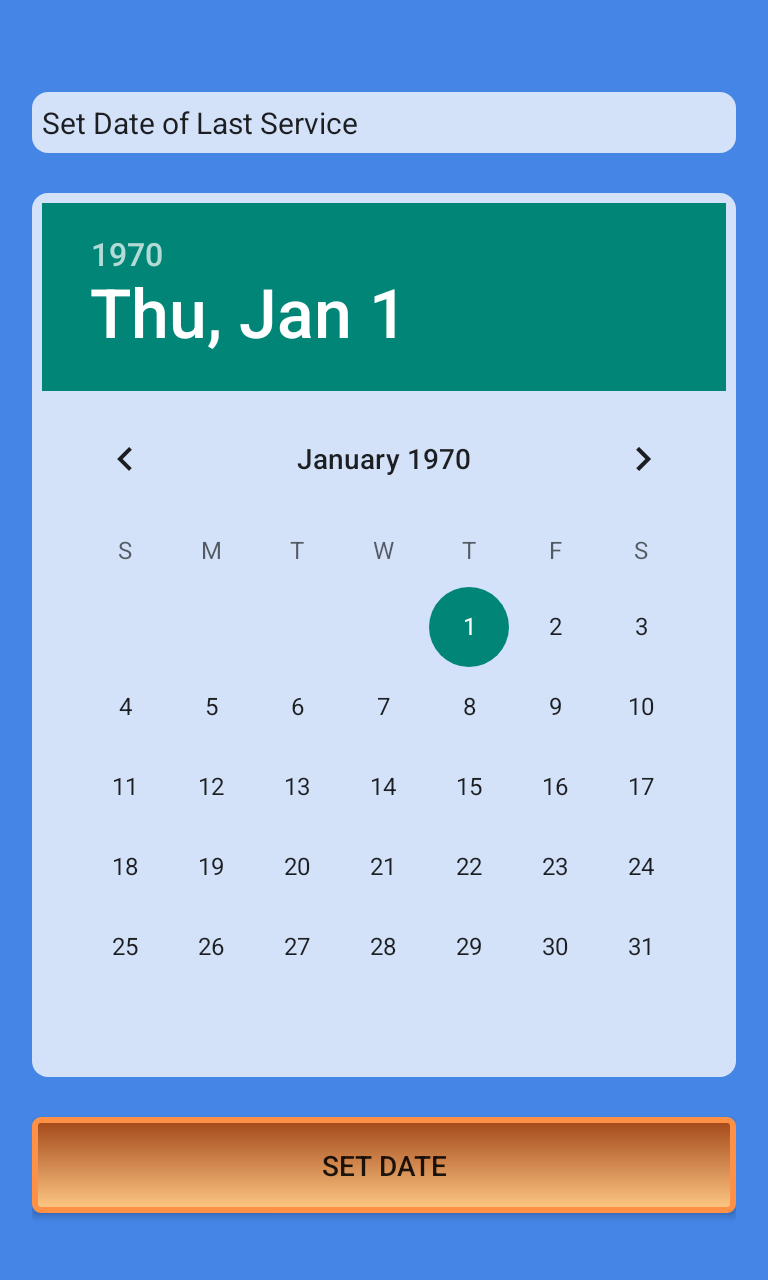
Repository: procmillie/AppKeepV9.12.14
Layout: StupidApp/res/layout/date_picker_dialog123.xml
These files come from the project's save history. The layout is drawn as it stood at one moment and after the next save; the edit follows.
It is drawn on a 768 x 1280 px phone screen (xhdpi) without system bars, with theme AppTheme; the app's code is not run.

Above is the layout before, as saved 2014-11-26 19:14:47.

### StupidApp/res/layout/date_picker_dialog123.xml
<?xml version="1.0" encoding="utf-8"?>
 <LinearLayout xmlns:android="http://schemas.android.com/apk/res/android"
    android:layout_width="match_parent"
    android:layout_height="match_parent"
    android:background="@color/bground_color"
    android:paddingBottom="@dimen/activity_vertical_margin"
    android:paddingLeft="@dimen/activity_horizontal_margin"
    android:paddingRight="@dimen/activity_horizontal_margin"
    android:paddingTop="@dimen/activity_vertical_margin"
    android:orientation="vertical"
    >

     <!-- DatePicker dialog activity screen -->

     <EditText
         android:id="@+id/editView1"
         android:layout_width="match_parent"
         android:layout_height="wrap_content"
         android:layout_marginTop="30dp"
         android:ems="10"
         android:padding="5dp"
         android:textSize="15sp"
         android:background="@drawable/rounded_box"
         android:text="@string/set_date_last_service" />

	<DatePicker
   		 android:id="@+id/dp_last_date"
   		 android:layout_width="wrap_content"
    	 android:layout_height="wrap_content"
    	 android:layout_gravity="center"
    	 android:background="@drawable/rounded_box"
    	 android:layout_marginTop="20dp"
   		 android:ems="10"
         android:gravity="center"
         android:hint="@string/serial_num_hint"
         android:padding="5dp"
         android:textSize="15sp"
     />


    <Button
    	android:id="@+id/bn_set_date"
   		android:layout_width="match_parent"
    	android:layout_height="wrap_content"
    	android:background="@drawable/button_style"
    	android:hint="@string/set_date_hint"
    	android:layout_gravity="center"
    	android:gravity="center"


        android:layout_marginTop="20dp"
   		android:text="@string/set_date" />


    >


</LinearLayout>
<!-- <RelativeLayout xmlns:android="http://schemas.android.com/apk/res/android"
android:layout_width="fill_parent"
android:layout_height="fill_parent" >

<Button
    android:id="@+id/bn_set_date"
    android:layout_width="wrap_content"
    android:layout_height="wrap_content"
    android:layout_alignParentBottom="true"
    android:layout_centerHorizontal="true"
    android:text="Button" />

<TextView
    android:id="@+id/textView1"
    android:layout_width="wrap_content"
    android:layout_height="wrap_content"
    android:layout_alignParentLeft="true"
    android:layout_alignParentRight="true"
    android:layout_alignParentTop="true"
    android:layout_marginTop="94dp"
    android:text="TextView" />

<DatePicker
    android:id="@+id/datePicker1"
    android:layout_width="wrap_content"
    android:layout_height="wrap_content"
    android:layout_alignParentLeft="true"
    android:layout_centerVertical="true" />

</RelativeLayout>-->

### StupidApp/res/values/strings.xml
<?xml version="1.0" encoding="utf-8"?>
<resources>

    <string name="app_name">AppKeep</string>
    <string name="hello_world">Hello world!</string>
    <string name="action_settings">Settings</string>

    <!-- Strings for DATABASE INPUT screen -->
    <!-- Setting up background color and strings for text hints and text box titles that let users know what data to enter -->

    <color name="bground_color">#4585E6</color>
    <color name="editText_bground">#D3E2F9</color>
    <string name="serial_num">Serial number</string>
    <string name="serial_num_hint">exampleXX111</string>
    <string name="equip_name">Equipment name</string>
    <string name="equip_location">Location</string>
    <string name="date_last">Last service</string>
    <string name="date_due">Service due</string>
    <string name="set_reminder">Set Reminder</string>
    <string name="query">Query</string>

    <string name="view_db">View Database</string>
    <string name="num">#</string>
    <string name="edit_entry">Edit</string>
      <string name="delete_entry">Delete</string>


    <!--  Manifest String names -->
    <string name="database_homescreen">Database Homescreen</string>
    <string name="database_view">Database View</string>

    <!--  DatePicker String names -->
     <string name="set_date">Set Date</string>
     <string name="set_date_hint">Set Date</string>
     <string name="set_date_last_service">Set Date of Last Service</string>


    <!--  Button strings to input and edit database entries. Colors used:
    #FF9147 - pale gold
    #FF8533 - dark gold
    A34719 - brown-->
    <string name="create_entry">Create entry</string>
    <string name="view_database">View Database</string>
    <color name="bn_color">#FF9147</color>
    <color name="bn_color2">#FFC985</color>
    <color name="bn_color3">#FF0000</color>
    <color name="bn_color4">#FF3333</color>
    <color name="bn_color5">#FFC985</color>
    <color name="bn_color6">#A34719</color>
    <color name="bn_color7">#99FF66</color>




</resources>

### StupidApp/res/drawable-hdpi/rounded_box.xml
<?xml version="1.0" encoding="utf-8"?>


<!-- Styling the editText box, rounded corners and light blue background -->

    <shape xmlns:android="http://schemas.android.com/apk/res/android"
    android:padding="8dp"

    android:shape="rectangle" >
    <solid android:color="#D3E2F9" />
    <corners android:radius="8dp" />
</shape>

### StupidApp/res/drawable-hdpi/button_style.xml
<?xml version="1.0" encoding="utf-8"?>
<selector
    xmlns:android="http://schemas.android.com/apk/res/android">

    <item android:state_pressed="true" >
        <shape>
            <gradient
                android:startColor="@color/bn_color"
                android:endColor="@color/bn_color2"
                android:angle="270" />
            <stroke
                android:width="3dp"
                android:color="@color/bn_color" />
            <corners
                android:radius="3dp" />
            <padding
                android:left="10dp"
                android:top="10dp"
                android:right="10dp"
                android:bottom="10dp" />
        </shape>
    </item>

    <item android:state_focused="true" >
        <shape>
            <gradient
                android:endColor="@color/bn_color3"
                android:startColor="@color/bn_color4"
                android:angle="270" />
            <stroke
                android:width="3dp"
                android:color="@color/bn_color" />
            <corners
                android:radius="3dp" />
            <padding
                android:left="10dp"
                android:top="10dp"
                android:right="10dp"
                android:bottom="10dp" />
        </shape>
    </item>

    <item>
        <shape>
            <gradient
                android:endColor="@color/bn_color5"
                android:startColor="@color/bn_color6"
                android:angle="270" />
            <stroke
                android:width="3dp"
                android:color="@color/bn_color" />
            <corners
                android:radius="3dp" />
            <padding
                android:left="10dp"
                android:top="10dp"
                android:right="10dp"
                android:bottom="10dp" />
        </shape>
    </item>
</selector>

Loaded but not shown: StupidApp/res/values/styles.xml (common file); StupidApp/res/values-v11/styles.xml (common file); StupidApp/res/values-v14/styles.xml (common file); StupidApp/res/values/dimens.xml (common file); StupidApp/res/values-w820dp/dimens.xml (common file)

After the next save:
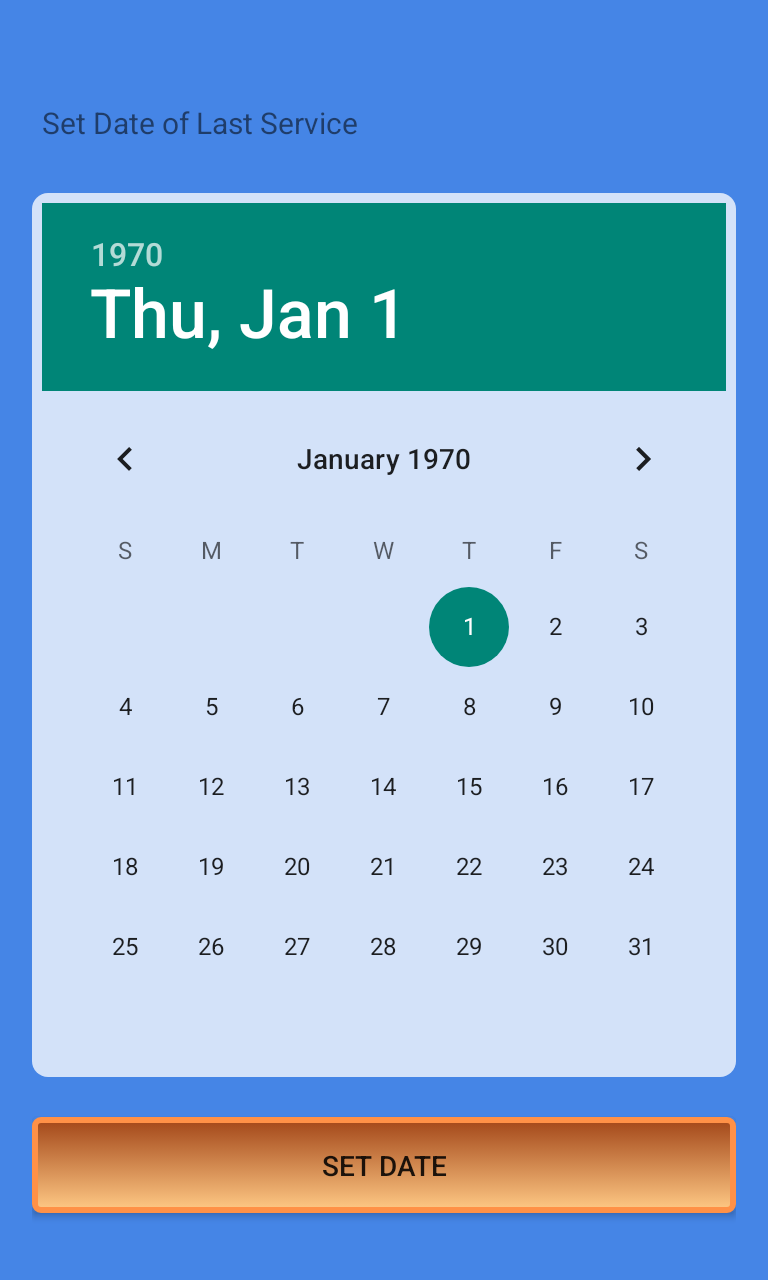
Saved 6 min 8 s later.
--- a/StupidApp/res/layout/date_picker_dialog123.xml
+++ b/StupidApp/res/layout/date_picker_dialog123.xml
@@ -12,15 +12,15 @@
 
      <!-- DatePicker dialog activity screen -->
 
-     <EditText
-         android:id="@+id/editView1"
+     <TextView
+         android:id="@+id/textView1"
          android:layout_width="match_parent"
          android:layout_height="wrap_content"
          android:layout_marginTop="30dp"
          android:ems="10"
          android:padding="5dp"
          android:textSize="15sp"
-         android:background="@drawable/rounded_box"
+
          android:text="@string/set_date_last_service" />
 
 	<DatePicker
